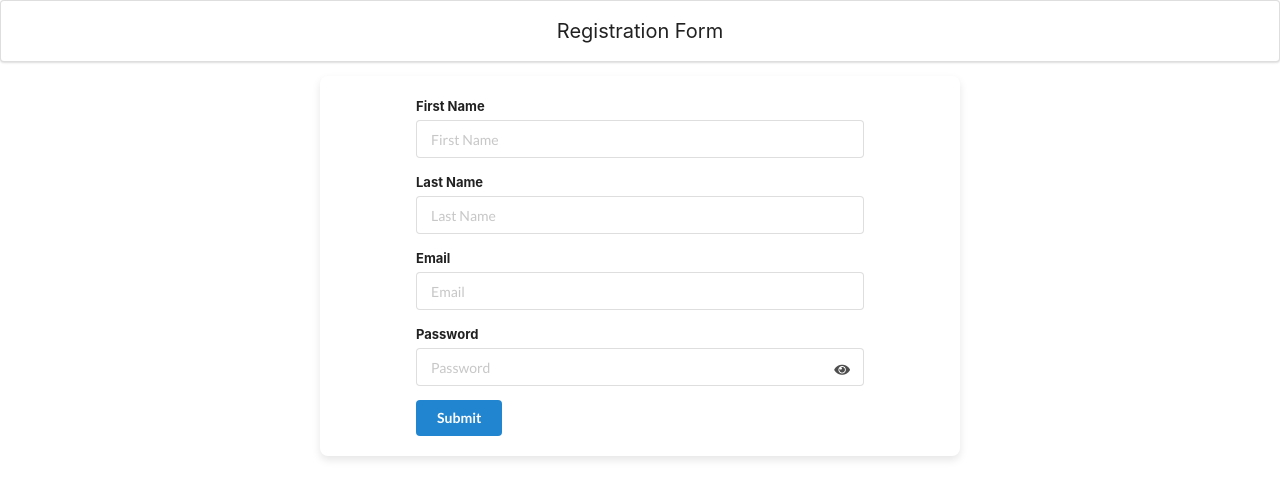
Repository: Wahid137/registration-form
Page: /
An editor plug-in stored every save of this project. The page is shown before and after the next save, followed by the edit.
The browser window is 1280 px wide. The pictures show the whole page.
The project was rebuilt for these pictures with package versions that can differ from the ones it lists, and the page was loaded fresh each time.

Above is the page before, as saved 2024-05-02 10:53:52.

After the next save:
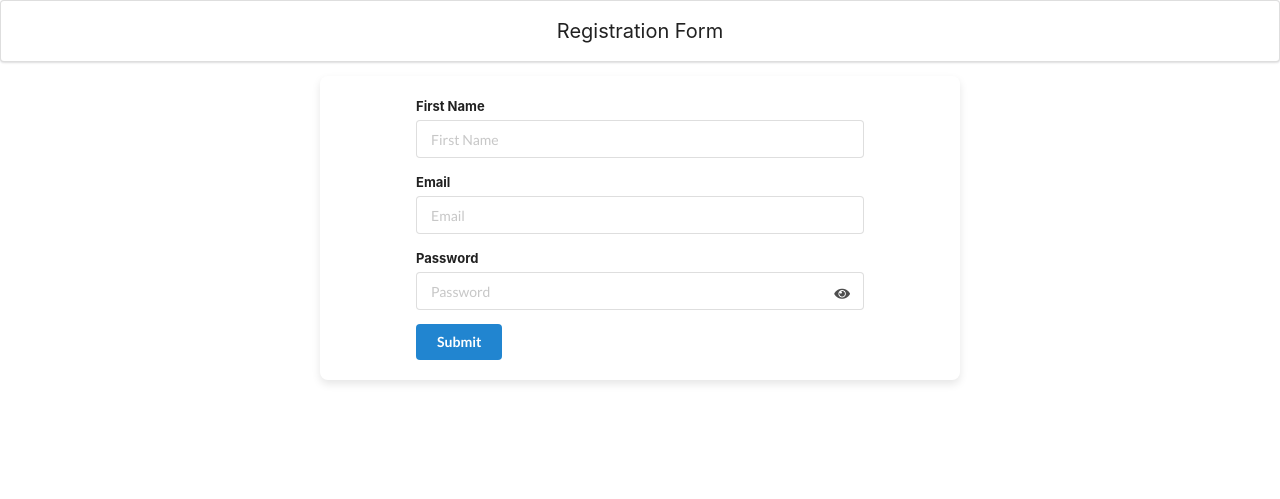
Saved 50 s later.
--- a/src/components/Register.js
+++ b/src/components/Register.js
@@ -116,21 +116,7 @@ const Register = () => {
                         )}
                     </FormField>
                 </div>
-                <div className="form-field">
-                    <FormField >
-                        <label>Last Name</label>
-                        <input
-                            placeholder="Last Name"
-                            {...register("lastName")}
-
-                        />
-                        {errors.lastName && (
-                            <div className="ui pointing red basic label">
-                                {errors.lastName.message}
-                            </div>
-                        )}
-                    </FormField>
-                </div>
+
 
 
                 <div className="form-field">
